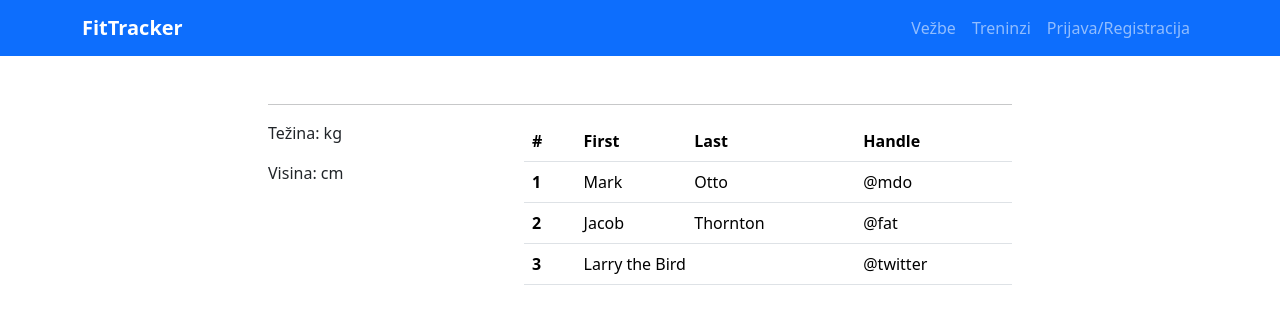
Repository: M1K1B/FitTracker
Page: http://localhost/FitTrackerWeb/profil.jsp
An editor plug-in stored every save of this project. The page is shown before and after the next save, followed by the edit.
The browser window is 1280 px wide. The pictures show the whole page.
The page is served by Tomcat 9. The template is opened directly, without the code that normally fills it, so the values that code supplies are empty.

Above is the page before, as saved 2024-02-02 10:43:08.

After the next save:
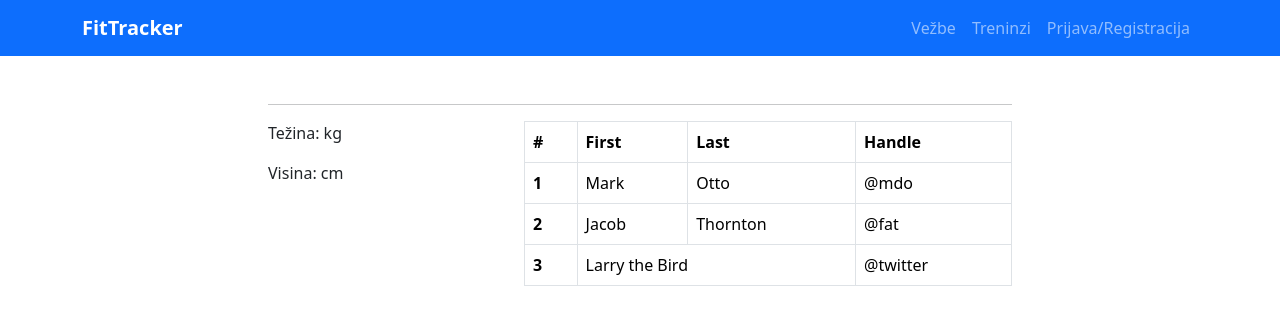
Saved 8 s later.
--- a/FitTrackerWeb/src/main/webapp/profil.jsp
+++ b/FitTrackerWeb/src/main/webapp/profil.jsp
@@ -41,7 +41,7 @@
 					<p>Visina: ${ korisnik.visina } cm</p>
 				</div>
 				<div class="col-8">
-					<table class="table">
+					<table class="table table-bordered">
 						<thead>
 							<tr>
 								<th scope="col">#</th>
